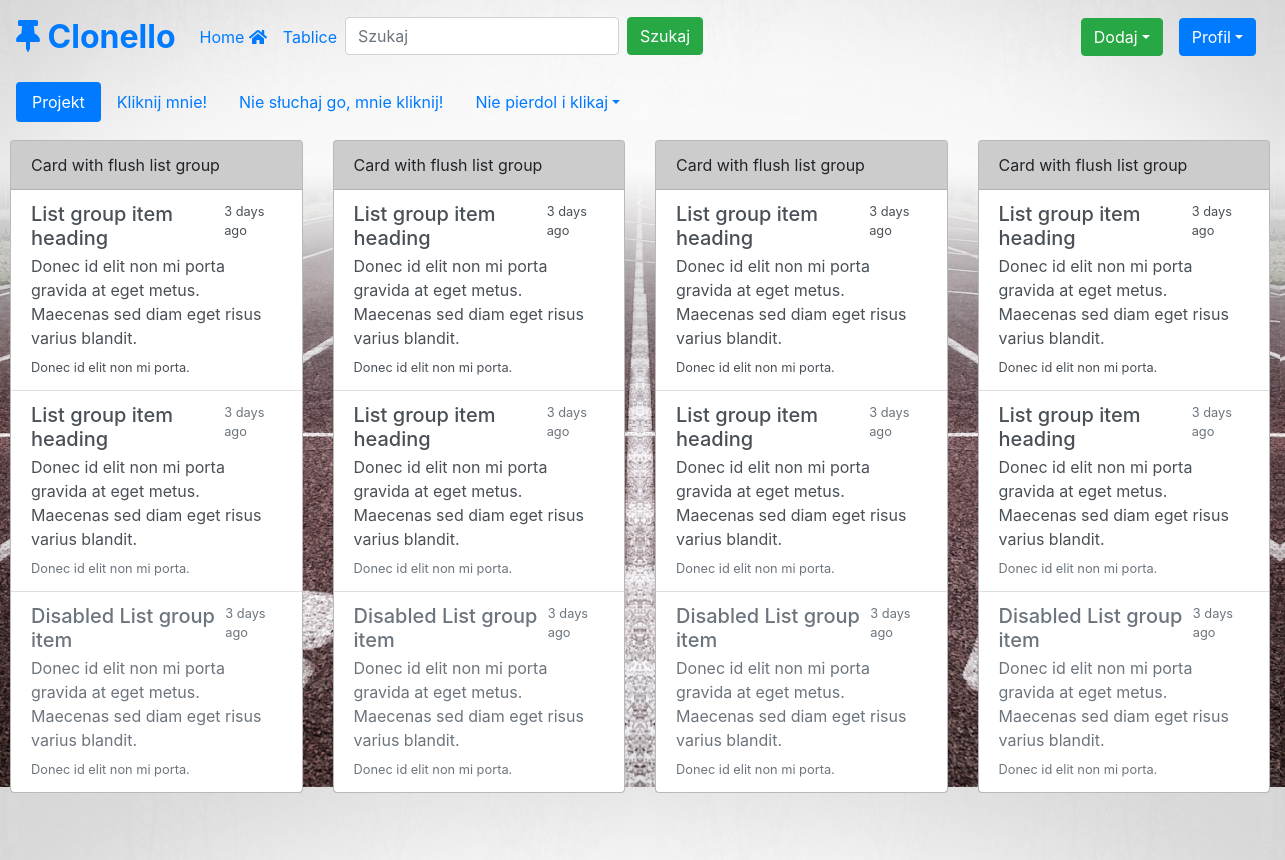
Repository: jnehlt/PAW-lab
Page: / (app in Frontend/clonello/)
An editor plug-in stored every save of this project. The page is shown before and after a run of saves, followed by the edit.
The browser window is 1280 px wide. The page is 1285 px wide, so the pictures cover 1285 px, including what lies to the right of the window. The pictures show the whole page.
The project was rebuilt for these pictures with package versions that can differ from the ones it lists, and the page was loaded fresh each time.

Above is the page before, as saved 2020-04-24 23:46:10.

After the next 4 saves:
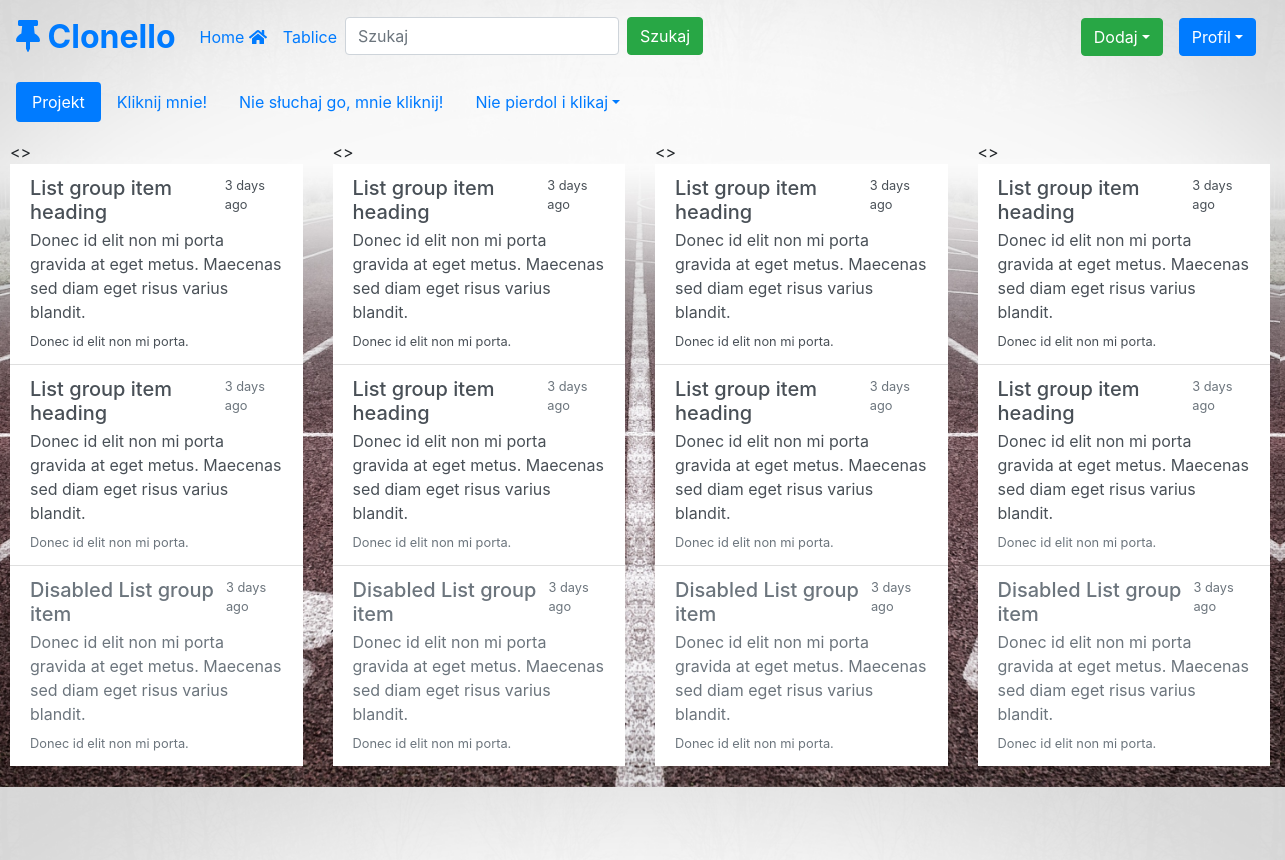
The 4 saves are shown as one change because they came seconds apart.
The last was saved 40 s later.
--- a/Frontend/clonello/src/components/MainCard.vue
+++ b/Frontend/clonello/src/components/MainCard.vue
@@ -1,6 +1,6 @@
 <template>
         <div class="col-3 col-md-3 col-sm-3">
-            <b-card id="duties-card" no-body header="Card with flush list group">
+            <b-card id="duties-card" no-body header="Card with flush list group" <>
                 <b-list-group flush="">
                     <b-list-group-item href="#" class="flex-column align-items-start">
                         <div class="d-flex w-100 justify-content-between">
